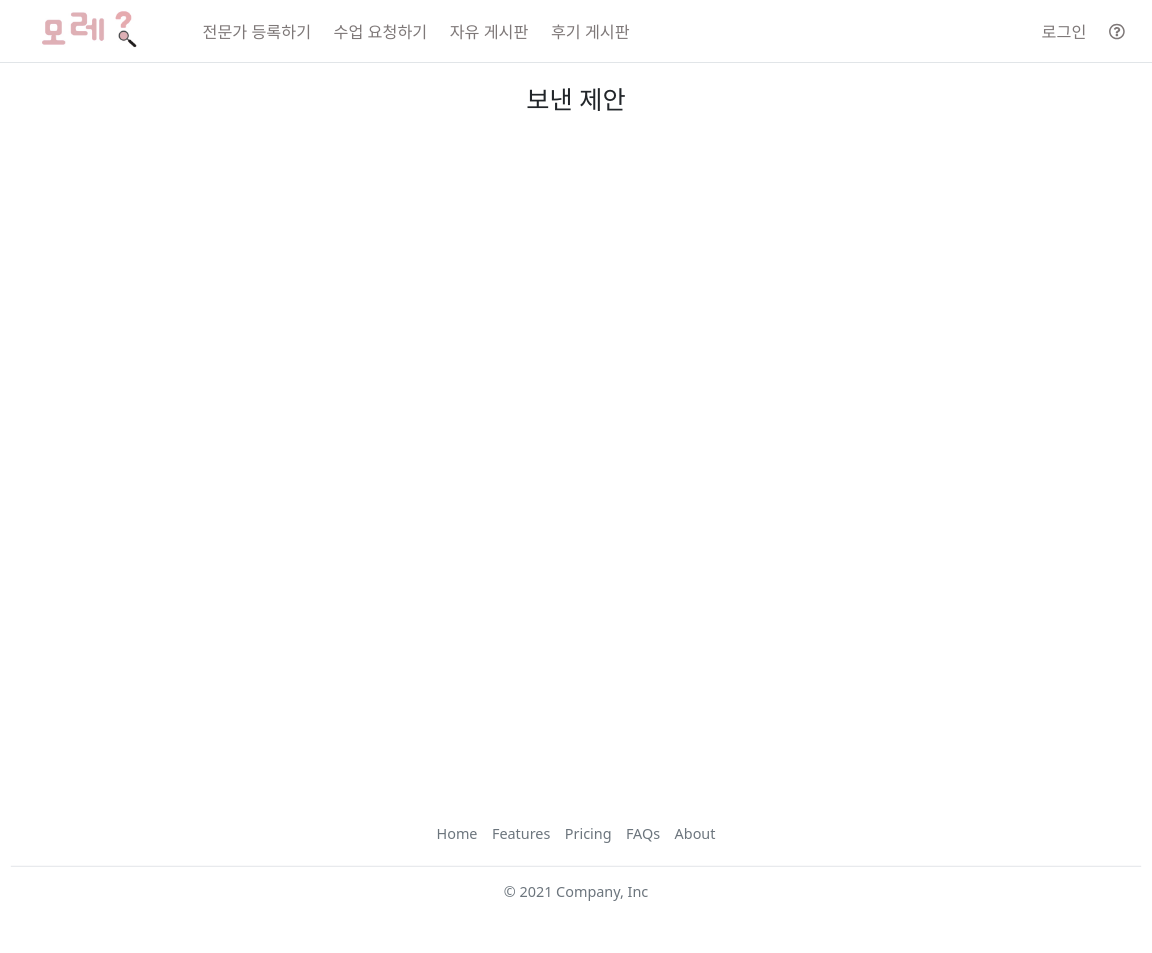
Repository: isssson/MVC2_more
Page: http://localhost/more/WEB-INF/views/suggest/sentSuggest.jsp
The author's editor kept a copy of each file at every save. The page is drawn from the files as they stood at one save, then again after the next save.
The browser window is 1280 px wide. The pictures show the whole page, at 90% of full size.
Some web libraries are served in a nearby version. The page is served by Tomcat 9. Nobody is signed in. Other server files are loaded and not shown. The template is opened directly, without the code that normally fills it, so the values that code supplies are empty.

Above is the page before, as saved 2021-12-11 06:38:58.

### more/src/main/webapp/WEB-INF/views/suggest/sentSuggest.jsp
<%@ page language="java" contentType="text/html; charset=UTF-8"
    pageEncoding="UTF-8"%>
<%@ taglib prefix="c" uri="http://java.sun.com/jsp/jstl/core" %>
<%@ taglib prefix="fn" uri="http://java.sun.com/jsp/jstl/functions" %>
<!DOCTYPE html>
<html>
<head>
<meta charset="UTF-8">
<link href="resources/css/bootstrap.min.css" rel="stylesheet">
<style>
   h3 {
     margin-top: 24px;
   }
</style>
<title>모레-보낸제안</title>
</head>
<body>
<%@ include file="/WEB-INF/views/header.jsp" %>
<section id="section" class="bg-f4f4f4" style="height: 700px;">
  <h3 class="fw-400 text-center">보낸 제안</h3>
  <div class="container list-main-container">
  <c:forEach var="dto" items="${list }">
    <a href="">
      <div class="summary-main" style="margin-left: 400px; margin-right: 400px; margin-top: 50px;">
        <div class="col-xs-8 is_offered_list">
          <div id="courseList">
            <div class="card-frame" style="border: 1px solid #e7eaf3; padding: 16px;">
                <div class="d-flex justify-content-between align-items-center border-bottom pb-3">
                  <div class="col-8 font-weight-semi-bold pl-0">
                    <div class="d-flex align-contents-center font-footnote">
                      <a class="btn btn-xs mb-2" style="background-color:rgba(119, 131, 143, 0.1);padding: 0.3rem;">${dto.cate1 }</a>
                        <span class="btn-xs tag-primary-ghost mb-2 ml-2" style="padding: 0.3rem;">${dto.cate2 }</span>
                    </div>
                    <div class="font-weight-semi-bold text-truncate">
                      <a href="">${dto.process }</a>
                    </div>
                    <div class="font-subhead font-weight-normal text-secondary text-truncate">
                    </div>
                  </div>
                  <div class="col-4 pr-0 text-right">
                    <div>
                        <div class="font-weight-semi-bold" style="text-align: right; padding-bottom: 3px;">
                            <button type="button" class="btn btn-primary lg">${dto.cost }만원</button>
                        </div>
                        <div class="font-weight-semi-bold" style="text-align: right;">
                           <c:set var="m_id" value="${dto.m_id}"></c:set>
                           <c:if test="${m_id != 'no' }">
                               <button type="button" class="btn btn-primary lg">${m_id} 의뢰인님</button>
                           </c:if>
                        </div>
                    </div>
                  </div>
                </div>
                <div class="font-subhead">
                  <p class="mt-2 mb-0 text-truncate">
                      ${fn:substring(dto.start_date,0,10) }
                      ~
                      ${fn:substring(dto.end_date,0,10) }
                    <c:set var="location" value="${dto.ls_location }"/>
                    <span style="padding-left: 145px ;">${fn:substring(location,0,fn:indexOf(location,'구')+1)}</span>
                  </p>
                </div>
            </div>
        </div>
       </div>
      </div>
    </a>
   </c:forEach>
  </div>
</section>
<div class="page_nav">
  <nav aria-label="Page navigation example" class="mb-5">
    <ul class="pagination justify-content-center mt-5">
      ${pagestr }
    </ul>
  </nav>
</div>
<%@ include file="/WEB-INF/views/footer.jsp" %>
</body>
</html>

### more/src/main/webapp/WEB-INF/views/header.jsp
<%@ page language="java" contentType="text/html; charset=UTF-8"
    pageEncoding="UTF-8"%>
<%@ taglib prefix="c" uri="http://java.sun.com/jsp/jstl/core" %>
<script src="https://use.fontawesome.com/releases/v5.2.0/js/all.js"></script>
<link href="resources/css/header.css" rel="stylesheet">
<!-- Global site tag (gtag.js) - Google Analytics -->
<script async src="https://www.googletagmanager.com/gtag/js?id=UA-214947172-1"></script>
<script>
  window.dataLayer = window.dataLayer || [];
  function gtag(){dataLayer.push(arguments);}
  gtag('js', new Date());

  gtag('config', 'UA-214947172-1');
</script>
<!-- ---------------------비회원  -->
<c:if test="${sessionScope.sessionStatus == null }">
	<header>
    <div id="headerContainer">
        <a href="index.do"><img src="resources/img/more_logo.jpg" alt="logo" style="padding: 10px"></a>
        <div id="menubar">
          <div id="leftMenu">
            <div><a href="regist1.do">전문가 등록하기</a></div>
            <div><a href="lessonList.do">수업 요청하기</a></div>
            <div><a href="bbsList.do">자유 게시판</a></div>
            <div><a href="reviewList.do">후기 게시판</a></div>
          </div>
          <div id="rightMenu">
               <div><a href="login.do">로그인</a></div>
               <div><a href="noticeList.do"><i class="far fa-question-circle"></i></a></div>
          </div>
        </div>
      </div>
	</header>
</c:if>
<!----------------------기본(의뢰인) 로그인중-->
<c:if test="${sessionScope.sessionStatus == 1 }">
	<header>
     <div id="headerContainer">
        <a href="index.do"><img src="resources/img/more_logo.jpg" alt="logo" style="padding: 10px"></a>
        <div id="menubar">
          <div id="leftMenu">
            <div id="client" onmouseover="show()" onmouseout="hide()">
               <a href="#">레슨</a>
              </div>
            <div id="joinExpert">
               <a href="regist1.do">전문가 등록하기</a>
             </div>
            <div><a href="bbsList.do">자유 게시판</a></div>
            <div><a href="reviewList.do">후기 게시판</a></div>
          </div>
          <div id="rightMenu">
            <div>${sessionScope.sessionName }님</div>
            <div><a href="setting.do"><i class="far fa-user fa-1x"></i></a></div>
            <div><a href="noticeList.do"><i class="far fa-question-circle"></i></a></div>
          </div>
        </div>
      </div>
      <div id="hiddenHeaderContainer" onmouseover="show()" onmouseout="hide()">
        <div class="hiddenItem">
          <div class="Item"><a href="suggestList.do">레슨 목록</a></div>
          <div class="Item"><a href="lessonList.do">레슨 요청하기</a></div>
          <div class="Item"><a href="sentRequest.do?id=${sessionScope.sessionId}">보낸 요청</a></div>
          <div class="Item"><a href="receiveSuggest.do?id=${sessionScope.sessionId }">받은 제안</a></div>
          <div class="Item"><a href="m_documentList.do">나의 레슨 내역</a></div>
        </div>
      </div>
	</header>
</c:if>
<!-- -----------------------전문가 로그인중 -->
<c:if test="${sessionScope.sessionStatus == 2 }">
	<header>
     <div id="headerContainer">
       <a href="index.do"><img src="resources/img/more_logo.jpg" alt="logo" style="padding: 10px"></a>
       <div id="menubar">
         <div id="leftMenu">
           <div id="client" onmouseover="show()" onmouseout="hide()">
              <a href="#">레슨</a>
             </div>
           <div><a href="bbsList.do">자유 게시판</a></div>
           <div><a href="reviewList.do">후기 게시판</a></div>
         </div>
         <div id="rightMenu">
           <div>${sessionScope.sessionName }님</div>
           <div><a href="setting.do"><i class="far fa-user fa-1x"></i></a></div>
		   <div><a href="noticeList.do"><i class="far fa-question-circle"></i></a></div>
         </div>
       </div>
     </div>
     <div id="hiddenHeaderContainer" onmouseover="show()" onmouseout="hide()">
       <div class="hiddenItem">
       	 <div class="Item"><a href="requestList.do">요청서 목록</a></div>
       	 <div class="Item"><a href="suggest.do">레슨 제안하기</a></div>
         <div class="Item"><a href="sentsuggest.do?id=${sessionScope.sessionId}">보낸 제안</a></div>
		 <div class="Item"><a href="m_documentList.do">나의 레슨 내역</a></div>
       </div>
     </div>
	</header>
</c:if>
   <script>
       function show(){
         document.getElementById('hiddenHeaderContainer').style.display='block';
       }
       function hide(){
         document.getElementById('hiddenHeaderContainer').style.display='none';
       }
  </script>

### more/src/main/webapp/WEB-INF/views/footer.jsp
<%@ page language="java" contentType="text/html; charset=UTF-8"
    pageEncoding="UTF-8"%>
<link href="resources/css/footer.css" rel="stylesheet">
<div class="container-fluid">
  <footer class="py-3 my-4">
    <ul class="nav justify-content-center border-bottom pb-3 mb-3">
      <li class="nav-item"><a href="#" class="nav-link px-2 text-muted">Home</a></li>
      <li class="nav-item"><a href="#" class="nav-link px-2 text-muted">Features</a></li>
      <li class="nav-item"><a href="#" class="nav-link px-2 text-muted">Pricing</a></li>
      <li class="nav-item"><a href="#" class="nav-link px-2 text-muted">FAQs</a></li>
      <li class="nav-item"><a href="#" class="nav-link px-2 text-muted">About</a></li>
    </ul>
    <p class="text-center text-muted">&copy; 2021 Company, Inc</p>
  </footer>
</div>

<div class="b-example-divider"></div>

### more/src/main/webapp/resources/css/header.css
@charset "UTF-8";
a{
    text-decoration:none;
    color:rgb(26, 25, 25);
}
a:hover{
    color:rgb(26, 25, 25);
}
svg{
    color: #7e7878;
}
svg:hover{
    color: #424040;
    cursor: pointer;
}
#headerContainer{
    width:100%;
    height:70px;
    margin: 0 auto;
    display: flex;
    flex-direction: row;
    border-bottom:1px solid #dee2e6;
}
#headerContainer img{
    width: 200px;
    height: 65px;
    object-fit: cover;
}
#headerContainer #menubar{
    width:100%;
    height: 70px;
    display: flex;
    flex-direction: row;
    justify-content: space-between;
}
#headerContainer #menubar div a{
    font-size: 18px;
    color: #7e7878;
}
#headerContainer #menubar a:hover{
    color: #424040;
    font-weight: bold;
}
#menubar #leftMenu{
    display: flex;
}
#menubar #rightMenu{
    display: flex;
    margin-right: 30px;
}
#menubar #leftMenu div, #menubar #rightMenu div{
    font-size: 18px;
    line-height: 70px;
    margin-left: 25px;
}
#hiddenHeaderContainer{
    position: absolute;
    display: none;
    z-index: 1;
    width:100%;
    height:70px;
    left:50%;
    border-top:1px solid rgb(187, 183, 183);
    border-bottom:1px solid rgb(187, 183, 183);
    transform: translate(-50%);
    background-color: white;
}
#hiddenHeaderContainer .hiddenItem{

    width:100%;
    height:70px;
    margin-left: 170px;
    display: flex;
}
#hiddenHeaderContainer .hiddenItem .Item a{
    font-size: 18px;
    line-height: 70px;
    margin-left: 50px;
    color: #7e7878;
}
#hiddenHeaderContainer .hiddenItem .Item a:hover{
    color: #424040;
    font-weight: bold;
}

### more/src/main/webapp/resources/css/footer.css
@charset "UTF-8";
li {
	border-top: none;
}

Loaded but not shown: more/src/main/webapp/resources/css/bootstrap.min.css (library)

After the next save:
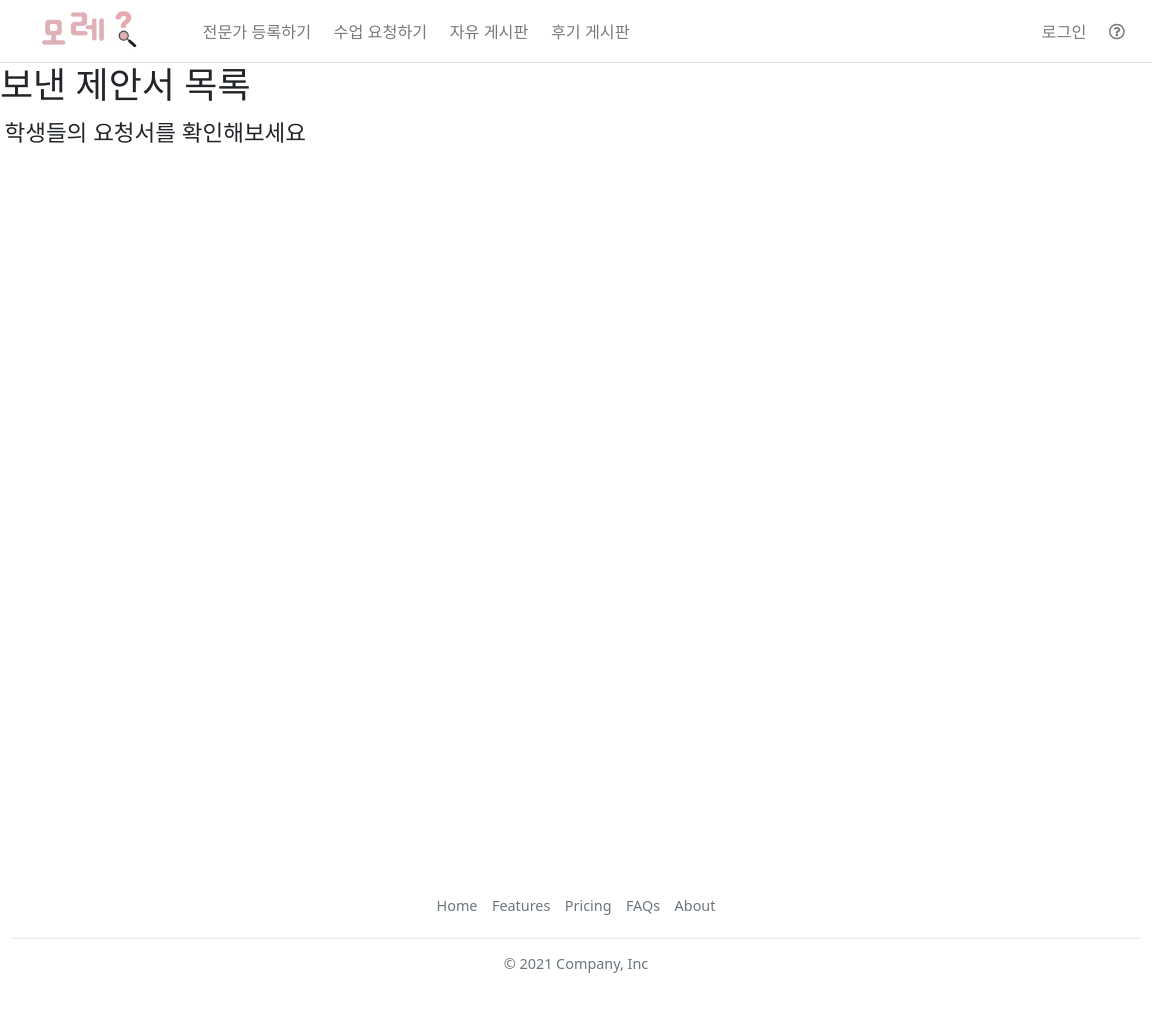
Saved 2 min 28 s later.
--- a/more/src/main/webapp/WEB-INF/views/suggest/sentSuggest.jsp
+++ b/more/src/main/webapp/WEB-INF/views/suggest/sentSuggest.jsp
@@ -16,8 +16,17 @@
 </head>
 <body>
 <%@ include file="/WEB-INF/views/header.jsp" %>
+<div class="revMainContainer">
+		<div class="revMainTextBox">
+			<div class="revMainText">
+				<h1>
+					보낸 제안서 목록<br>
+					<span style="font-size:25px; font-weight:normal; border-top: 1px solid white; padding: 5px;">학생들의 요청서를 확인해보세요</span>
+				</h1>
+			</div>
+		</div>
+	</div>
 <section id="section" class="bg-f4f4f4" style="height: 700px;">
-  <h3 class="fw-400 text-center">보낸 제안</h3>
   <div class="container list-main-container">
   <c:forEach var="dto" items="${list }">
     <a href="">
